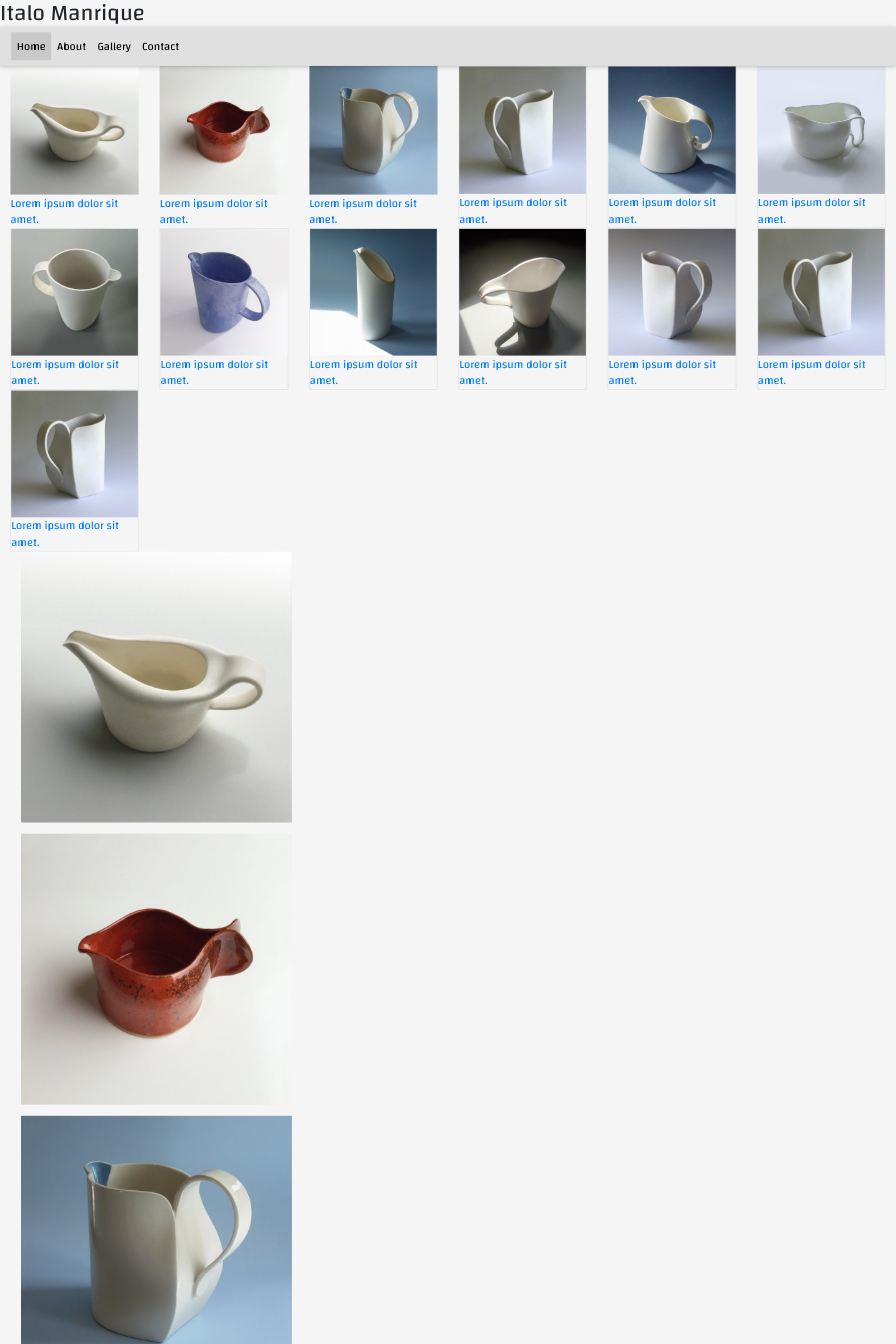
Repository: ManrOsca/ceramics
Page: MDB/gallery.html
The author's editor kept a record of every edit. The page is drawn from the files as they stood at one moment, then again after the next edit.
The browser window is 1280 px wide. The pictures show the part of the page from y = 0 to 1920 px (the page is 6023 px tall), at 70% of full size.

Above is the page before.

### MDB/gallery.html
<!DOCTYPE html>
<html lang="en">

<head>
    <meta charset="utf-8">
    <meta name="viewport" content="width=device-width, initial-scale=1, shrink-to-fit=no">
    <meta http-equiv="x-ua-compatible" content="ie=edge">
    <title>
        <p class="changa text-uppercase">ITALO MANRIQUE - ceramics</p>
    </title>
    <!-- Font Awesome -->
    <link rel="stylesheet" href="https://maxcdn.bootstrapcdn.com/font-awesome/4.7.0/css/font-awesome.min.css">
    <!-- Bootstrap core CSS -->
    <link href="css/bootstrap.min.css" rel="stylesheet">
    <!-- Material Design Bootstrap -->
    <link href="css/mdb.min.css" rel="stylesheet">
    <!-- Your custom styles (optional) -->
    <link href="https://fonts.googleapis.com/css?family=Changa" rel="stylesheet">
    <link href="css/style.css" rel="stylesheet">
<!--    <script type="text/javascript">

    // MDB Lightbox Init
        (function () {
            ("#mdb-lightbox-ui").load("mdb-addons/mdb-lightbox-ui.html");
        });
    </script>   -->
</head>

<body class="grey lighten-4">
    <!--Main Navigation-->
    <header class="sticky-top">
        <h2 class="changa grey lighten-4">Italo Manrique</h2>
        <nav class="navbar navbar-expand-lg navbar-light grey lighten-2">

            <button class="navbar-toggler" type="button" data-toggle="collapse" data-target="#navbarText" aria-controls="navbarText" aria-expanded="false" aria-label="Toggle navigation">
                <span class="navbar-toggler-icon"></span>
            </button>
            <div class="collapse navbar-collapse" id="navbarText">
                <ul class="navbar-nav mr-auto">
                    <li class="nav-item active">
                        <a class="nav-link changa" href="#home">Home <span class="sr-only">(current)</span></a>
                    </li>
                    <li class="nav-item">
                        <a class="nav-link changa" href="#about">About</a>
                    </li>
                    <li class="nav-item">
                        <a class="nav-link changa" href="#gallery">Gallery</a>
                    </li>
                    <li class="nav-item">
                        <a class="nav-link changa" href="#contact">Contact</a>
                    </li>
                </ul>

            </div>
        </nav>
    </header>
    <!--Main Navigation-->

    <!--Main layout-->
    <main>

        <div class="container-fluid">


            <div class="row">

                <div class="col-lg-2 col-sm-4">
                  <div class="thumbnail">
                      <a href="img/carrara-jug.jpg">
                     <img src="img/carrara-jug-thumb.jpg" alt="carrara" class="img-responsive">
                     <div class="caption">Lorem ipsum dolor sit amet.</div>
                     </a>
                  </div>
                </div>

                <div class="col-lg-2 col-sm-4">
                  <div class="thumbnail">
                      <a href="img/IMG_1950.jpg">
                     <img src="img/IMG_1950-thumb.jpg" alt="1950" class="img-responsive">
                     <div class="caption">Lorem ipsum dolor sit amet.</div>
                     </a>
                  </div>
                </div>

                <div class="col-lg-2 col-sm-4">
                  <div class="thumbnail">
                      <a href="img/jug-1.jpg">
                     <img src="img/jug-1-thumb.jpg" alt="jug-1" class="img-responsive">
                     <div class="caption">Lorem ipsum dolor sit amet.</div>
                     </a>
                  </div>
                </div>


                <div class="col-lg-2 col-sm-4">
                  <div class="img-thumbnail">
                      <a href="img/jug-2.jpg">
                     <img src="img/jug-2-thumb.jpg" alt="jug-2" class="img-responsive">
                     <div class="caption">Lorem ipsum dolor sit amet.</div>
                     </a>
                  </div>
                </div>

                <div class="col-lg-2 col-sm-4">
                  <div class="img-thumbnail">
                      <a href="img/jug-3.jpg">
                     <img src="img/jug-3-thumb.jpg" alt="jug-3" class="img-responsive">
                     <div class="caption">Lorem ipsum dolor sit amet.</div>
                     </a>
                  </div>
                </div>


                <div class="col-lg-2 col-sm-4">
                  <div class="img-thumbnail">
                      <a href="img/jug-4.jpg">
                     <img src="img/jug-4-thumb.jpg" alt="jug-4" class="img-responsive">
                     <div class="caption">Lorem ipsum dolor sit amet.</div>
                     </a>
                  </div>
                </div>


                <div class="col-lg-2 col-sm-4">
                  <div class="img-thumbnail">
                      <a href="img/jug-5.jpg">
                     <img src="img/jug-5-thumb.jpg" alt="jug-5" class="img-responsive">
                     <div class="caption">Lorem ipsum dolor sit amet.</div>
                     </a>
                  </div>
                </div>


                <div class="col-lg-2 col-sm-4">
                  <div class="img-thumbnail">
                      <a href="img/jug-6.jpg">
                     <img src="img/jug-6-thumb.jpg" alt="jug-6" class="img-responsive">
                     <div class="caption">Lorem ipsum dolor sit amet.</div>
                     </a>
                  </div>
                </div>


                <div class="col-lg-2 col-sm-4">
                  <div class="img-thumbnail">
                      <a href="img/jug-7.jpg">
                     <img src="img/jug-7-thumb.jpg" alt="jug-7" class="img-responsive">
                     <div class="caption">Lorem ipsum dolor sit amet.</div>
                     </a>
                  </div>
                </div>


                <div class="col-lg-2 col-sm-4">
                  <div class="img-thumbnail">
                      <a href="img/jug-8.jpg">
                     <img src="img/jug-8-thumb.jpg" alt="jug-8" class="img-responsive">
                     <div class="caption">Lorem ipsum dolor sit amet.</div>
                     </a>
                  </div>
                </div>


                <div class="col-lg-2 col-sm-4">
                  <div class="img-thumbnail">
                      <a href="img/jug-9.jpg">
                     <img src="img/jug-9-thumb.jpg" alt="jug-9" class="img-responsive">
                     <div class="caption">Lorem ipsum dolor sit amet.</div>
                     </a>
                  </div>
                </div>


                <div class="col-lg-2 col-sm-4">
                  <div class="img-thumbnail">
                      <a href="img/jug-2.jpg">
                     <img src="img/jug-2-thumb.jpg" alt="jug-10" class="img-responsive">
                     <div class="caption">Lorem ipsum dolor sit amet.</div>
                     </a>
                  </div>
                </div>


                <div class="col-lg-2 col-sm-4">
                  <div class="img-thumbnail">
                      <a href="img/jug-2.jpg">
                     <img src="img/jug-2-thumb.jpg" alt="maid" class="img-responsive">
                     <div class="caption">Lorem ipsum dolor sit amet.</div>
                     </a>
                  </div>
                </div>






                <div class="col-md-12">

                    <div id="mdb-lightbox-ui"></div>

                    <div class="mdb-lightbox no-margin">

                        <figure class="col-md-4">
                            <a href="img/carrara-jug.jpg" data-size="1080x1080">
                    <img alt="picture" src="img/carrara-jug-thumb.jpg" class="img-fluid">
                </a>
                        </figure>

                        <figure class="col-md-4">
                            <a href="img/IMG_1950.jpg" data-size="1080x1080">
                    <img alt="picture" src="img/IMG_1950-thumb.jpg" class="img-fluid" />
                </a>
                        </figure>

                        <figure class="col-md-4">
                            <a href="img/jug-1.jpg" data-size="1080x1080">
                    <img alt="picture" src="img/jug-1-thumb.jpg" class="img-fluid" />
                </a>
                        </figure>


                        <figure class="col-md-4">
                            <a href="img/jug-2.jpg" data-size="1080x1080">
                    <img alt="picture" src="img/jug-2-thumb.jpg" class="img-fluid" />
                </a>
                        </figure>


                        <figure class="col-md-4">
                            <a href="img/jug-3.jpg" data-size="1080x1080">
                    <img alt="picture" src="img/jug-3-thumb.jpg" class="img-fluid" />
                </a>
                        </figure>


                        <figure class="col-md-4">
                            <a href="img/jug-4.jpg" data-size="1080x1080">
                    <img alt="picture" src="img/jug-4-thumb.jpg" class="img-fluid" />
                </a>
                        </figure>


                        <figure class="col-md-4">
                            <a href="img/jug-5.jpg" data-size="1080x1080">
                    <img alt="picture" src="img/jug-5-thumb.jpg" class="img-fluid" />
                </a>
                        </figure>


                        <figure class="col-md-4">
                            <a href="img/jug-6.jpg" data-size="1080x1080">
                    <img alt="picture" src="img/jug-6-thumb.jpg" class="img-fluid" />
                </a>
                        </figure>


                        <figure class="col-md-4">
                            <a href="img/jug-7.jpg" data-size="1080x1080">
                    <img alt="picture" src="img/jug-7-thumb.jpg" class="img-fluid" />
                </a>
                        </figure>


                        <figure class="col-md-4">
                            <a href="img/jug-8.jpg" data-size="1080x1080">
                    <img alt="picture" src="img/jug-8-thumb.jpg" class="img-fluid" />
                </a>
                        </figure>


                        <figure class="col-md-4">
                            <a href="img/jug-9.jpg" data-size="1080x1080">
                    <img alt="picture" src="img/jug-9-thumb.jpg" class="img-fluid" />
                </a>
                        </figure>


                        <figure class="col-md-4">
                            <a href="img/jug-10.jpg" data-size="1080x1080">
                    <img alt="picture" src="img/jug-10-thumb.jpg" class="img-fluid" />
                </a>
                        </figure>


                        <figure class="col-md-4">
                            <a href="img/maid.jpg" data-size="1080x1080">
                    <img alt="picture" src="img/maid-thumb.jpg" class="img-fluid" />
                </a>
                        </figure>


                    </div>

                </div>
            </div>


<!-- Anoather take -->







        </div>
        <!--Main container-->

    </main>
    <!--Main layout-->

    <!--Footer-->
    <footer>

    </footer>
    <!--Footer-->






    <!-- SCRIPTS -->
    <!-- JQuery -->
    <script type="text/javascript" src="js/jquery-3.2.1.min.js"></script>
    <!-- Bootstrap tooltips -->
    <script type="text/javascript" src="js/popper.min.js"></script>
    <!-- Bootstrap core JavaScript -->
    <script type="text/javascript" src="js/bootstrap.min.js"></script>
    <!-- MDB core JavaScript -->
    <script type="text/javascript" src="js/mdb.min.js"></script>
</body>

</html>

### MDB/css/style.css
/* Your custom styles */

.changa {
    font-family: 'Changa', sans-serif;
}
/*
.col-sm-4 {
padding: 2px;
}
    */
.grey-text {
  color: #9e9e9e !important;
}
html body {
  font-family: 'Changa', sans-serif;
}

.figure-caption {
  font-size: 90%;
  color: #fff;
  text-transform: uppercase;
  font-weight: 600;
}
.img-thumbnail {
  border-radius: 0;
  padding: 0px;
  background-color: inherit;
}
.img-thumbnail img {
  max-height: 100%;
  max-width: 100%;
}

nav {
  margin-top: -0.50em;
}
/*
html,
body,
header,
#intro {
  height: 100%;
}

.home-bg {
   background: url("../img/home.jpg") no-repeat center center fixed;
    background-size: cover;
    -webkit-background-size: cover;
    -moz-background-size: cover;
    -o-background-size: cover;
}
.landing-text {
    text-align: center;
    position: absolute;
    top: 50%;
    left: 50%;
    transform: translate(-50%, -50%);
    color: grey;
}
   */
.push-down-10 {
  padding-top: 10rem;
}
.img-thumbnail {
  max-width: none;
}

thumbnail {
  padding: 1rem;
}

div a img {
  width: 100%;
  display:block;
}
gallery {
  width:100%;
  display:flex;
  flex-flow: row wrap;
}

/*
html,
body,
header,
#intro {
  height: 100%;
}
#intro{
  background: url("img/home.jpeg") no-repeat center center fixed;
  -webkit-background-size: cover;
  -moz-background-size: cover;
  -o-background-size: cover;
  background-size: cover;
}
@import url('https://fonts.googleapis.com/css?family=Yantramanav:100');
@import url('https://fonts.googleapis.com/css?family=Montserrat:400');
    */


/*--- Media Queries --
@media screen and (max-width: 900px) {

}
@media screen and (max-width: 768px) {

}
@media screen and (max-width: 480px) {

}
*/

Loaded but not shown: MDB/css/bootstrap.min.css (library); MDB/css/mdb.min.css (library); MDB/js/jquery-3.2.1.min.js (library); MDB/js/popper.min.js (library); MDB/js/bootstrap.min.js (library); MDB/js/mdb.min.js (library)

After the next edit:
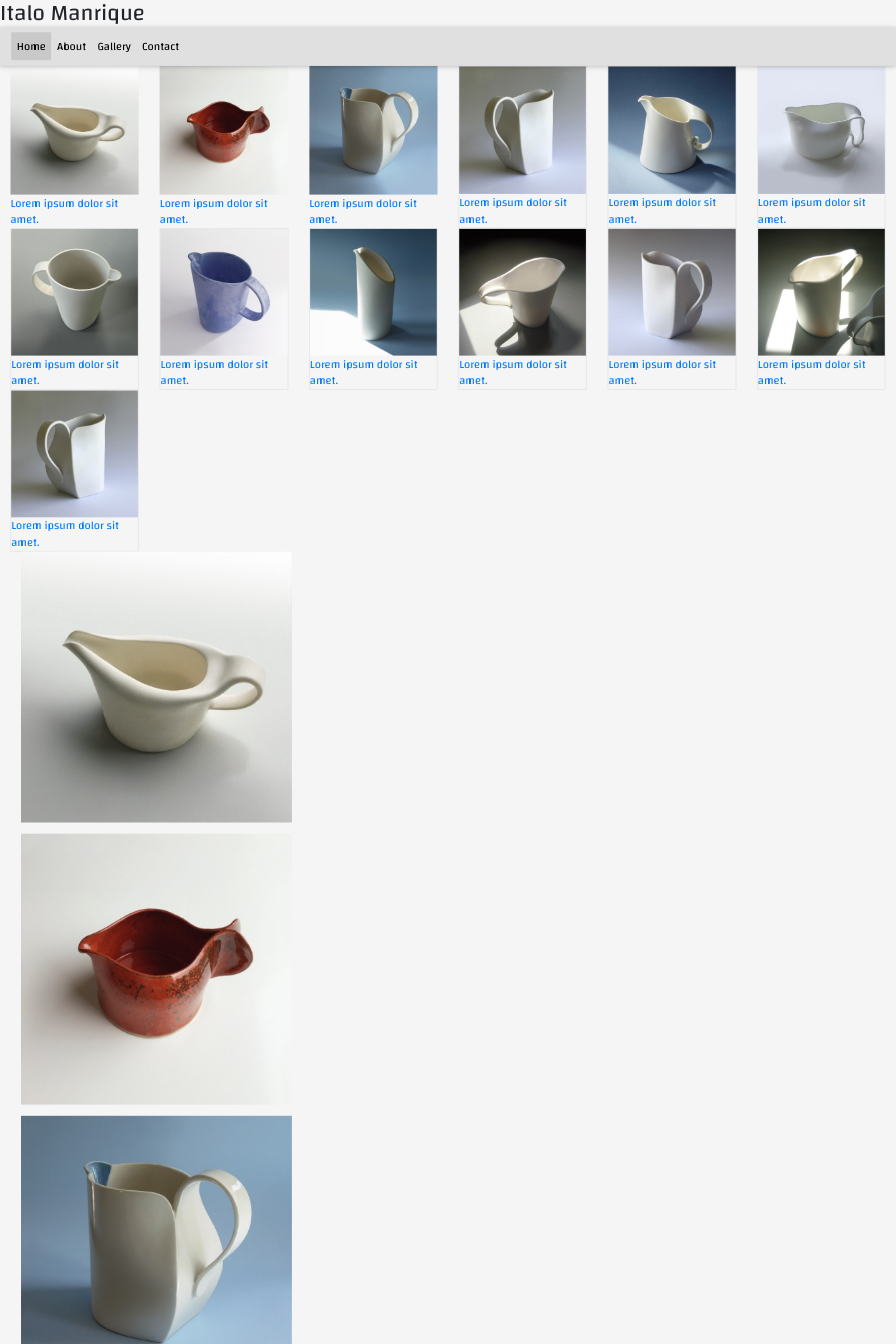
The edit:
--- a/MDB/gallery.html
+++ b/MDB/gallery.html
@@ -173,8 +173,8 @@
 
                 <div class="col-lg-2 col-sm-4">
                   <div class="img-thumbnail">
-                      <a href="img/jug-2.jpg">
-                     <img src="img/jug-2-thumb.jpg" alt="jug-10" class="img-responsive">
+                      <a href="img/jug-10.jpg">
+                     <img src="img/jug-10-thumb.jpg" alt="jug-10" class="img-responsive">
                      <div class="caption">Lorem ipsum dolor sit amet.</div>
                      </a>
                   </div>
